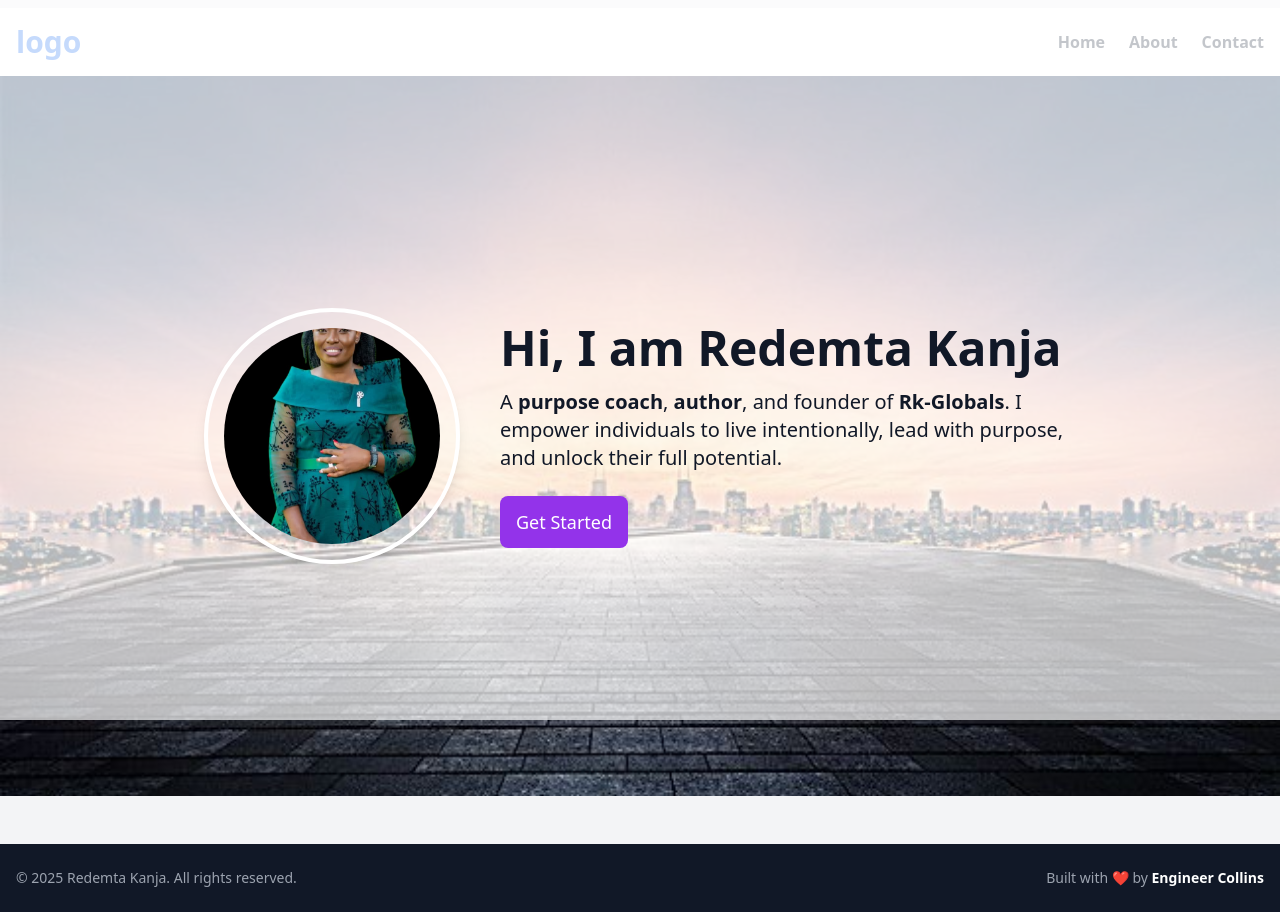
Repository: Engineer-collo/Redemta-Kanja-s-website
Page: /
The author's editor kept a copy of each file at every save. The page is drawn from the files as they stood at one save, then again after a run of saves.
The browser window is 1280 px wide. The pictures show the whole page.
The project was rebuilt for these pictures with package versions that can differ from the ones it lists, and the page was loaded fresh each time. Also part of the build but not shown: vite.config.js, src/pages/Home.jsx, src/pages/About.jsx, src/pages/Contact.jsx.

Above is the page before, as saved 2025-05-18 06:56:42.

### index.html
<!DOCTYPE html>
<html lang="en">
<head>
  <meta charset="UTF-8">
  <meta name="viewport" content="width=device-width, initial-scale=1.0">
  <title>React Vite Starter</title>
</head>
<body class="bg-gray-100">
  <div id="root"></div>
  <script type="module" src="/src/main.jsx"></script>
</body>
</html>

### src/main.jsx
import React from 'react'
import ReactDOM from 'react-dom/client'
import './index.css'
import App from './App'

ReactDOM.createRoot(document.getElementById('root')).render(
  <React.StrictMode>
    <App />
  </React.StrictMode>,
)

### src/App.jsx
import { BrowserRouter as Router, Route, Routes } from "react-router-dom";
import Home from "./pages/Home";
import About from "./pages/About";
import Contact from "./pages/Contact";
import Footer from "./components/Footer";
import Navbar from "./components/Navbar";
import LandingPage from "./pages/Landingpage";


function App() {
  return (
    <Router>
      <Navbar/>
      <Routes>
      <Route path="/" element={<LandingPage/>} />
        <Route path="/home" element={<Home/>} />
        <Route path="/about" element={<About />} />
        <Route path="/contact" element={<Contact />} />
      </Routes>
    <Footer/>
    </Router>
  );
}

export default App;

### src/components/Footer.jsx
const Footer = () => {
    return(
        <>
        <footer className="bg-gray-900 text-white py-6 mt-12">
  <div className="max-w-7xl mx-auto px-4 flex flex-col md:flex-row justify-between items-center space-y-4 md:space-y-0">
    <p className="text-sm text-gray-400">
      &copy; {new Date().getFullYear()} Redemta Kanja. All rights reserved.
    </p>
    <p className="text-sm text-gray-400">
      Built with ❤️ by <span className="text-white font-semibold">Engineer Collins</span>
    </p>


  </div>
</footer>

        </>
    )
}

export default Footer

### src/components/Navbar.jsx
import React, { useState } from 'react';
import { Link } from 'react-router-dom';

const Navbar = () => {
  const [isOpen, setIsOpen] = useState(false);

  const toggleMenu = () => setIsOpen(!isOpen);

  return (
    <header className=" mt-2 bg-white shadow-md">
      <div className="max-w-7xl mx-auto px-4 py-4 flex justify-between items-center">
        <h1 className="text-3xl font-bold text-gray-800"><Link to="/" className="hover:text-blue-500 text-gray-700 transition"><span className='text-blue-500'>logo</span></Link>
        </h1>

        {/* Desktop nav */}
        <nav className="space-x-6 hidden md:flex">
        <Link to="/" className="hover:text-blue-500 font-bold text-gray-700 transition">Home</Link>
          <Link to="/about" className="hover:text-blue-500 font-bold text-gray-700 transition">About</Link>
          <Link to="/contact" className="hover:text-blue-500 font-bold text-gray-700 transition">Contact</Link>
        </nav>

        {/* Mobile menu toggle */}
        <div className="md:hidden">
          <button onClick={toggleMenu} className="text-gray-700 focus:outline-none">
            <svg className="h-6 w-6" fill="none" stroke="currentColor" strokeWidth="2" viewBox="0 0 24 24">
              <path strokeLinecap="round" strokeLinejoin="round" d={isOpen ? 'M6 18L18 6M6 6l12 12' : 'M4 6h16M4 12h16M4 18h16'} />
            </svg>
          </button>
        </div>
      </div>

      {/* Mobile nav links */}
      {isOpen && (
        <nav className="md:hidden px-4 pb-4 space-y-2">
          <Link to="/about" className="block text-gray-700 font-bold hover:text-blue-500">About</Link>
          <Link to="/contact" className="block text-gray-700 font-bold hover:text-blue-500">Contact</Link>
        </nav>
      )}
    </header>
  );
};

export default Navbar;

### src/pages/Landingpage.jsx
import React from 'react';
import { useNavigate } from 'react-router-dom';

const LandingPage = () => {
  const navigate = useNavigate();

  const handleGetStarted = () => {
    navigate('/home');
  };

  return (
    <div className="min-h-screen flex flex-col md:flex-row items-center justify-center text-gray-900 px-6 py-10 bg-cover bg-center bg-[url('/city-bg.png')]">

      {/* Overlay (optional for readability) */}
      <div className="absolute inset-0 bg-white bg-opacity-70 z-0" />

      <div className="relative z-10 flex flex-col md:flex-row items-center justify-center">
        {/* Image */}
        <div className="mb-8 md:mb-0 md:mr-10">
          <img
            src="/redemta-pic.png"
            alt="Redem-ta Kanja"
            className="w-64 h-64 object-cover p-4 rounded-full shadow-lg border-4 border-white"
          />
        </div>

        {/* Text */}
        <div className="text-center md:text-left max-w-xl">
          <h1 className="text-4xl md:text-5xl font-bold mb-4">Hi, I am Redemta Kanja</h1>
          <p className="text-lg md:text-xl mb-6">
            A <strong>purpose coach</strong>, <strong>author</strong>, and founder of <strong>Rk-Globals</strong>.
            I empower individuals to live intentionally, lead with purpose, and unlock their full potential.
          </p>
          <button
            onClick={handleGetStarted}
            className="bg-purple-600 text-white px-4 py-3 rounded-lg text-lg hover:bg-purple-700 transition"
          >
            Get Started
          </button>
        </div>
      </div>
    </div>
  );
};

export default LandingPage;

Loaded but not shown: src/index.css (common file); tailwind.config.js (common file)

After the next 2 saves:
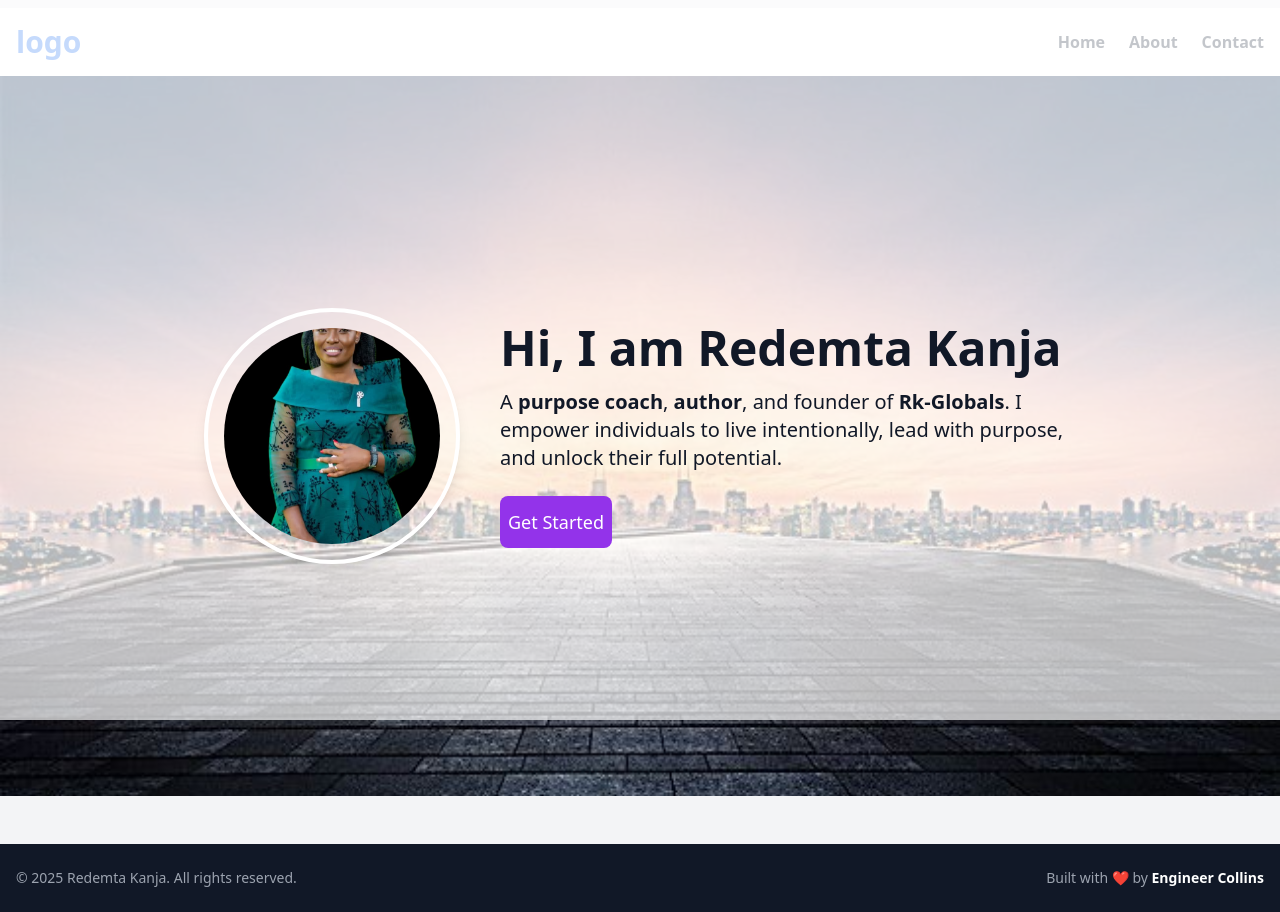
The 2 saves are shown as one change because they came seconds apart.
The last was saved 12 s later.
--- a/src/pages/Landingpage.jsx
+++ b/src/pages/Landingpage.jsx
@@ -33,7 +33,7 @@ const LandingPage = () => {
           </p>
           <button
             onClick={handleGetStarted}
-            className="bg-purple-600 text-white px-4 py-3 rounded-lg text-lg hover:bg-purple-700 transition"
+            className="bg-purple-600 text-white px-2 py-3 rounded-lg text-lg hover:bg-purple-700 transition"
           >
             Get Started
           </button>
